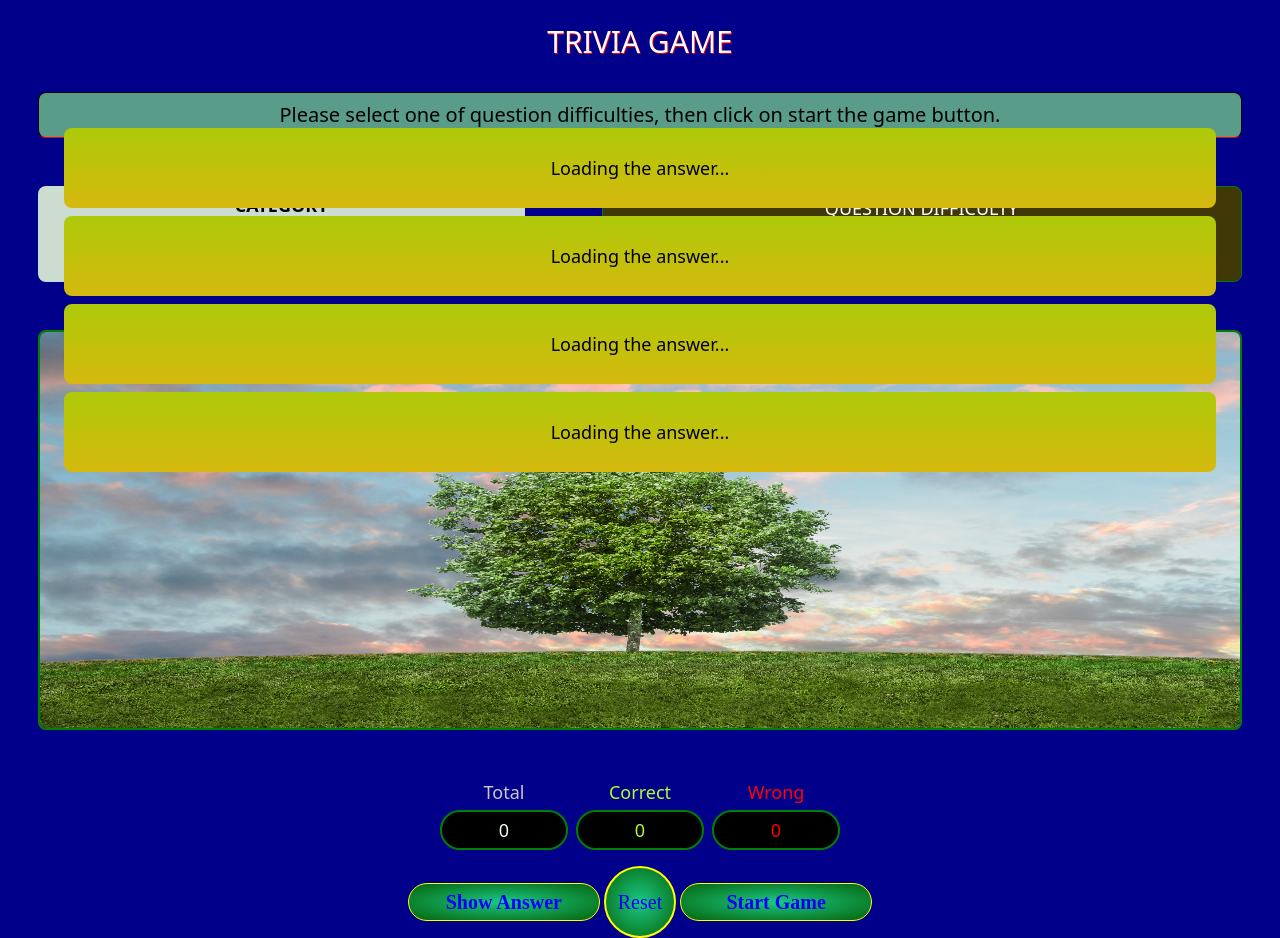
Repository: ShindanoSingi/bembe-trivia
Page: index.html
An editor plug-in stored every save of this project. The page is shown before and after the next save, followed by the edit.
The browser window is 1280 px wide. The pictures show the whole page.
Some web libraries are served in a nearby version.

Above is the page before, as saved 2022-09-08 02:15:38.

### index.html
<!DOCTYPE html>
<html lang="en">

    <head>
        <meta charset="UTF-8">
        <meta http-equiv="X-UA-Compatible" content="IE=edge">
        <meta name="viewport" content="width=device-width, initial-scale=1.0">
        <link rel="stylesheet" href="style.css">
        <script src="https://cdn.tailwindcss.com"></script>
        <title>Trivia Game</title>
    </head>

    <body class="">
        <div class="containerBox max-h-[100vh] my-2 flex my-2 flex-col gap-[3rem]">
            <h1 class="text-center text-3xl relative top-4" >TRIVIA GAME</h1>
            <div class="questionBox text-center w-[94vw] md:text-xl h-[6.5rem] p-2 md:p-2 mx-auto rounded-lg">
                Please select one of question difficulties, then click on start the game button.
            </div>
            <div class="category-and-difficulty-container items-center justify-around flex">
                <div class="category-container w-[38vw] md:h-[6rem] h-[4.5rem] bg-[#CDDCD1] flex items-center flex-col py-[0.3rem] rounded-lg">
                    <div class="labelCategory text-sm md:text-lg font-bold md:font-bold text-black">CATEGORY</div>
                    <div class="category text-sm md:text-lg text-center p-1 rounded-lg">
                        Loading category...
                    </div>
                </div>
                <div class="qDifficultyBox w-[50vw] pb-1 rounded-lg items-center flex h-[4.5rem] md:h-[6rem] justify-around flex-col">
                        <div id="question" class="qCat md:text-lg text-sm">QUESTION DIFFICULTY</div>
                        <div class="difficulties-container lg:gap-10 xl:gap-10 md:flex md:space-x-6 flex gap-1">
                            <button class="difficulty px-1.5 md:w-[6rem] text-sm md:text-lg rounded-full" id="easy">Easy</button>
                            <button class="difficulty md:w-[6rem] px-1.5 rounded-full md:text-lg text-sm" id="medium">Medium</button>
                            <button class="difficulty md:w-[6rem] px-1.5 text-sm md:text-lg rounded-full" id="hard">Hard</button>
                    </div>
                </div>
            </div>
            <div class="imgAndQuestions">
                <img class="w-[94vw] h-[25rem] mx-auto" src="pexels-skitterphoto-9198.jpg" alt="nature image">
                <div class="answersButtons absolute md:absolute md:bottom-[15.5rem] bottom-[17.2rem] ml-[5vw] flex space-y-2 items-center  flex-col">
                    <button class="showAnswer md:text-lg w-[90vw] p-1 absolute bottom-[17rem] mx-auto text-sm h-[5rem]">Loading the answer...</button>
                    <button class="response md:text-lg w-[90vw] p-1 text-center text-md h-[5rem]" id="response1">Loading the answer...</button>
                    <button class="response md:text-lg w-[90vw] p-1 text-md h-[5rem]" id="response2">Loading the answer...</button>
                    <button class="response md:text-lg w-[90vw] p-1 text-md h-[5rem]" id="response3">Loading the answer...</button>
                    <button class="response md:text-lg w-[90vw] p-1 text-md h-[5rem]" id="response4">Loading the answer...</button>
                    </div>
                </div>

            <div id="bottomPart" class="flex  mx-auto flex-col items-center gap-4">
                <div class="labelsAndButtons relative left-1 flex space-x-2">
                    <div class="question-number flex flex-col items-center">
                        <p class="labels md:text-lg pb-1" id="labelQ">Total</p>
                        <div class="bottombuttons md:w-[8rem] md:text-lg w-[5rem] text-center py-1" id="questionNumber">0</div>
                    </div>
                    <div class="correct-answers md:text-lg flex flex-col items-center">
                        <p class="labels pb-1" id="labelC">Correct</p>
                        <div class="bottombuttons md:text-lg w-[5rem] md:w-[8rem] text-center py-1" id="correct">0</div>
                    </div>
                    <div class="wrong-answers md:text-lg flex flex-col items-center">
                        <p class="labels pb-1" id="labelW">Wrong</p>
                        <div class="bottombuttons md:w-[8rem] md:text-lg w-[5rem] text-center py-1" id="wrong">0</div>
                    </div>
                    <div class="timerQuestionCorrectWrong"></div>
                </div>
                <div class="threeBottomButtons">
                    <button class="w-[8rem] text-lg md:text-xl md:w-48 py-1" id="showAnswer">Show Answer</button>
                    <button class="reset text-lg p-1 md:w-[4.5rem] md:text-xl md:h-[4.5rem] w-[3.5rem] h-[3.5rem] rounded-full">Reset</button>
                    <button class="startGame text-lg w-[8rem] md:text-xl md:w-48 py-1">Start Game</button>
                </div>
            </div>
            </div>
        <script src="./script.js"></script>
    </body>
</html>

### style.css
/* @media screen and (min-width: 1024px) {
    .difficulties-container{
       display: flex;
       align-items: space-around;
    }
} */

/* iPhone 8 and smaller */
@media screen and (min-width: 320px) {
    /*  Set h1 text to red */
    h1 {
        color: #fff;
        text-shadow: 0.05rem 0.05rem red;
    }

    /* The box containing the question */
    .questionBox {
        color: rgb(0, 0, 0);
        border: 0.02rem solid;
        background-color: rgb(89, 156, 138);
        border-bottom-color: red;
    }

    /* Label for category */
    .labelCategory {
        color: white;
    }

    /* The show answer message box */
    .showAnswer {
        color: honeydew;
        visibility: hidden;
        border: 0.1rem solid green;
        border-radius: 0.5rem;
        background-color:rgb(2, 27, 3);
    }
    /*  Individual difficulty button */
    .difficulty {
        background-image: linear-gradient(rgb(16, 221, 142), rgb(4, 58, 7));
        border: 0.2rem solid rgb(21, 139, 35);
        color: white;
    }

    /*  Class containing all difficulty buttons */
    .difficulties-container {
        border-color: green;
    }
    /* The box containing difficulty buttons */
    .qDifficultyBox {
        border: 0.14vh solid green;
        background-color: rgb(65, 56, 8);
        color: white;
    }

    /* image */
    img {
        border: 0.15rem solid green;
        border-radius: 0.5rem;
    }
    /* all response buttons */
    .response {
        border-color: green;
        background-image: linear-gradient(rgb(173, 202, 9), rgb(214, 184, 14));
        color: black;
        border-radius: 0.5rem;
    }
    /* All response buttons */
    .response:hover {
        background-image: linear-gradient(rgb(32, 90, 165), rgb(72, 168, 192));
    }

    /* Show answer button */
    #showAnswer {
        color: blue;
        border: 0.54vh solid green;
        border: 0.27vh solid yellow;
        border-radius: 20rem;
        font-family: cursive;
        font-weight: bold;
        background-image: radial-gradient(rgb(25, 201, 133), rgb(6, 99, 10));
    }
    #showAnswer:hover {
        background-image: radial-gradient(rgb(201, 25, 25), rgb(93, 99, 6));
        color: white;
    }
    /* Start game button */
    .startGame {
        color: blue;
        border: 0.54vh solid green;
        border: 0.27vh solid yellow;
        border-radius: 20rem;
        font-family: cursive;
        font-weight: bold;
        background-image: radial-gradient(rgb(25, 201, 133), rgb(6, 99, 10));
    }
    /* Start game button */
    .startGame:hover {
        background-image: radial-gradient(rgb(201, 25, 25), rgb(93, 99, 6));
        color: white;
    }
    /* Reset button */
    .reset {
        color: blue;
        border: 0.5rem solid green;
        border: 0.15rem solid yellow;
        font-family: cursive;
        background-image: radial-gradient(rgb(25, 201, 133), rgb(6, 99, 10));
    }
    /* Reset button */
    .reset:hover {
        background-image: radial-gradient(rgb(201, 25, 25), rgb(93, 99, 6));
        color: white;
    }

    /* Class containing the 3 bottom labels  (total questions, correct answers and wrong answers) */
    .question-number {
        color: rgb(205, 200, 200);
    }

    .correct-answers {
        color: greenyellow;
    }

    .wrong-answers {
        color: red;
    }

    /* The bottom boxes for total question number, correct answers and wrong answers */
    .bottombuttons {
        border: 0.15rem solid green;
        background-color: black;
        color: honeydew;
        border-radius: 2rem;
    }

    /* Set the wrong anser to red */
    #wrong {
        color: rgb(255, 0, 0);
    }
    /* Set the correct anser to green */
    #correct {
        color: greenyellow;
    }

    /* Change the color when "easy" button is hovered over */
    #easy:hover {
        background-image: linear-gradient(rgb(202, 9, 9), rgb(214, 184, 14));
    }
    /* Change the color when "easy" button is hovered over */
    #medium:hover {
        background-image: linear-gradient(rgb(202, 9, 9), rgb(214, 184, 14));
    }
    /* Change the color when "easy" button is hovered over */
    #hard:hover {
        background-image: linear-gradient(rgb(202, 9, 9), rgb(214, 184, 14));
    }

    body {
      background-color: darkblue;
    }
}

Loaded but not shown: script.js (421 lines, source omitted)

After the next save:
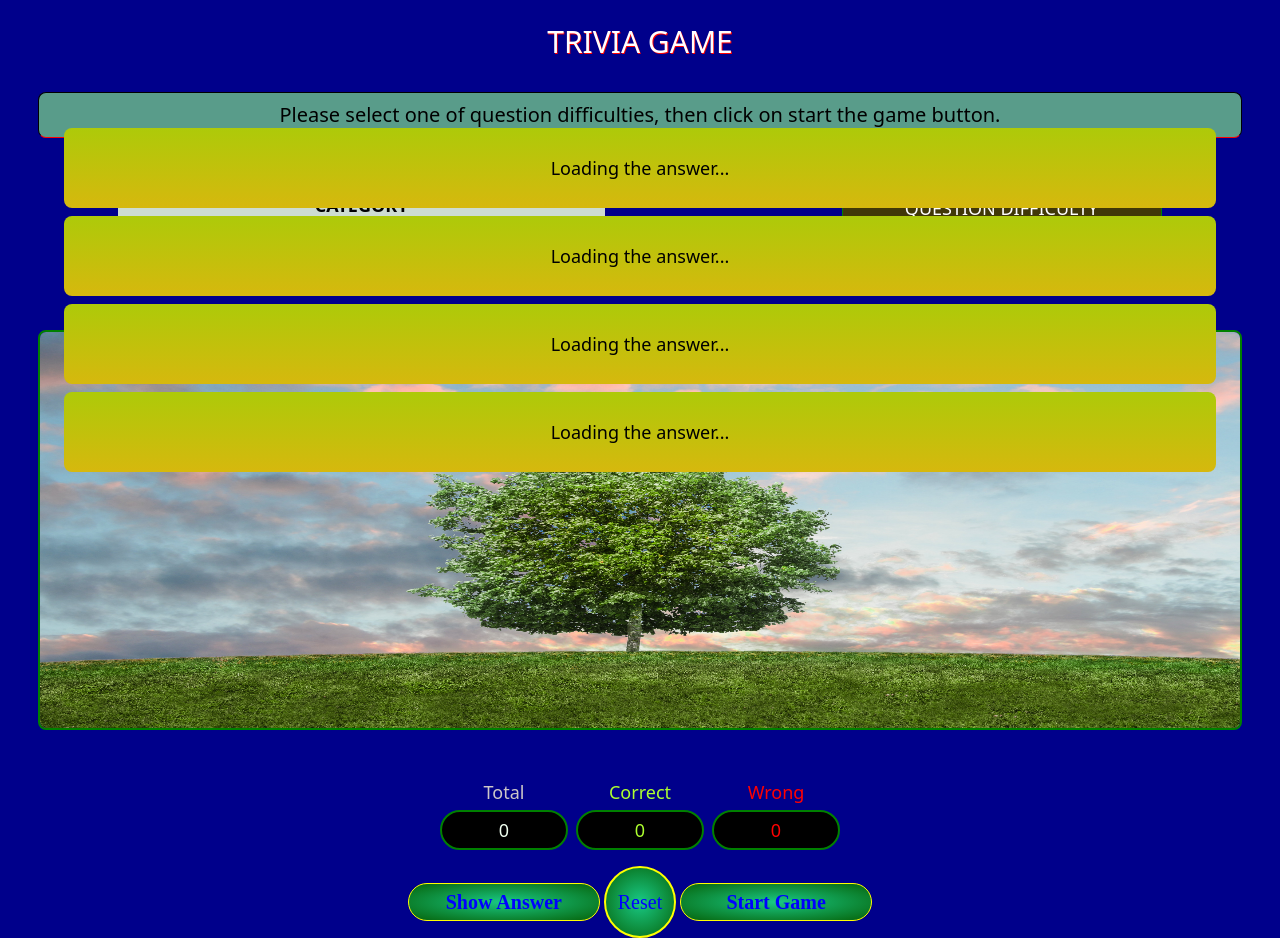
Saved 37 s later.
--- a/index.html
+++ b/index.html
@@ -23,7 +23,7 @@
                         Loading category...
                     </div>
                 </div>
-                <div class="qDifficultyBox w-[50vw] pb-1 rounded-lg items-center flex h-[4.5rem] md:h-[6rem] justify-around flex-col">
+                <div class="qDifficultyBox w-[50vw] xl:w-[25vw] pb-1 rounded-lg items-center flex h-[4.5rem] md:h-[6rem] justify-around flex-col">
                         <div id="question" class="qCat md:text-lg text-sm">QUESTION DIFFICULTY</div>
                         <div class="difficulties-container lg:gap-10 xl:gap-10 md:flex md:space-x-6 flex gap-1">
                             <button class="difficulty px-1.5 md:w-[6rem] text-sm md:text-lg rounded-full" id="easy">Easy</button>
